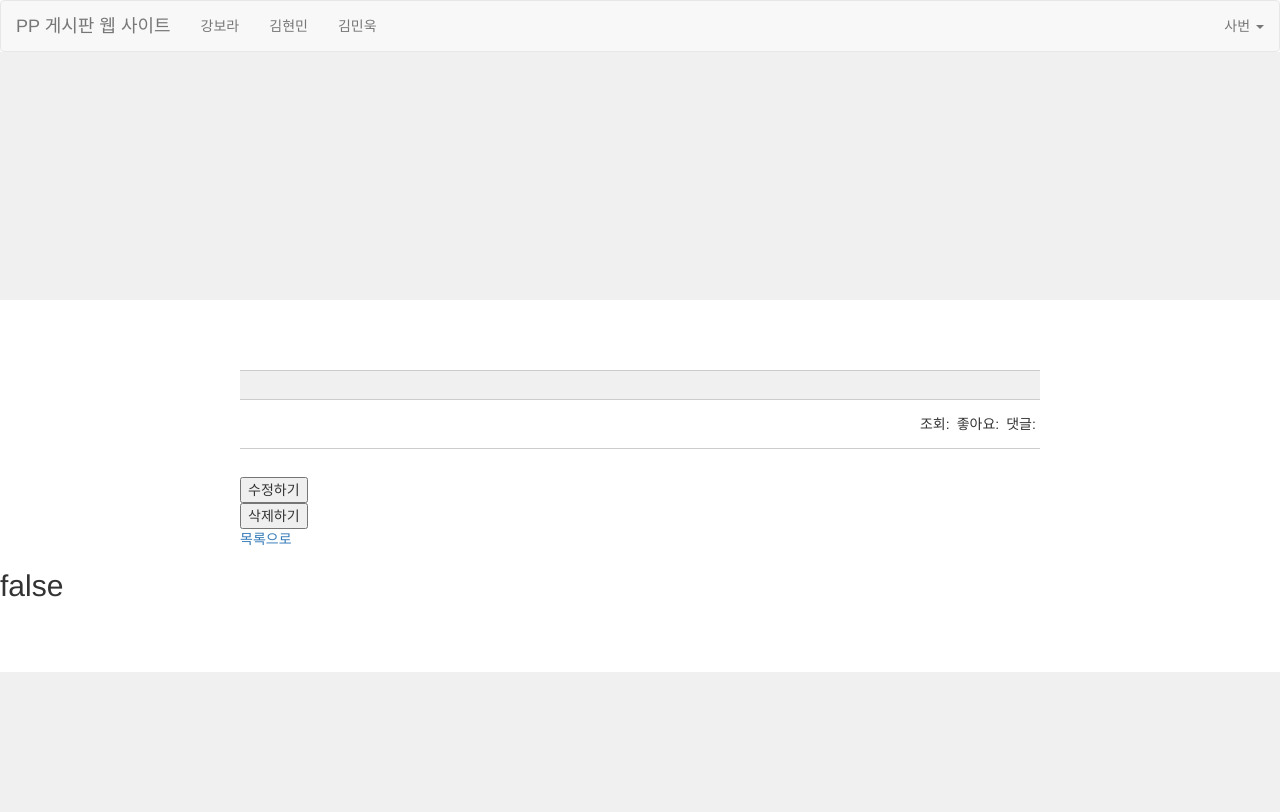
Repository: hyunminini/CommunityPage
Page: http://localhost/PP_Project/boardRead.jsp
These files come from the project's save history. The page is drawn as it stood at one moment and after the next save; the edit follows.
The browser window is 1280 px wide. The pictures show the whole page.
Some web libraries are served in a nearby version. The page is served by Tomcat 9.

Above is the page before, as saved 2022-09-28 10:51:48.

After the next save:
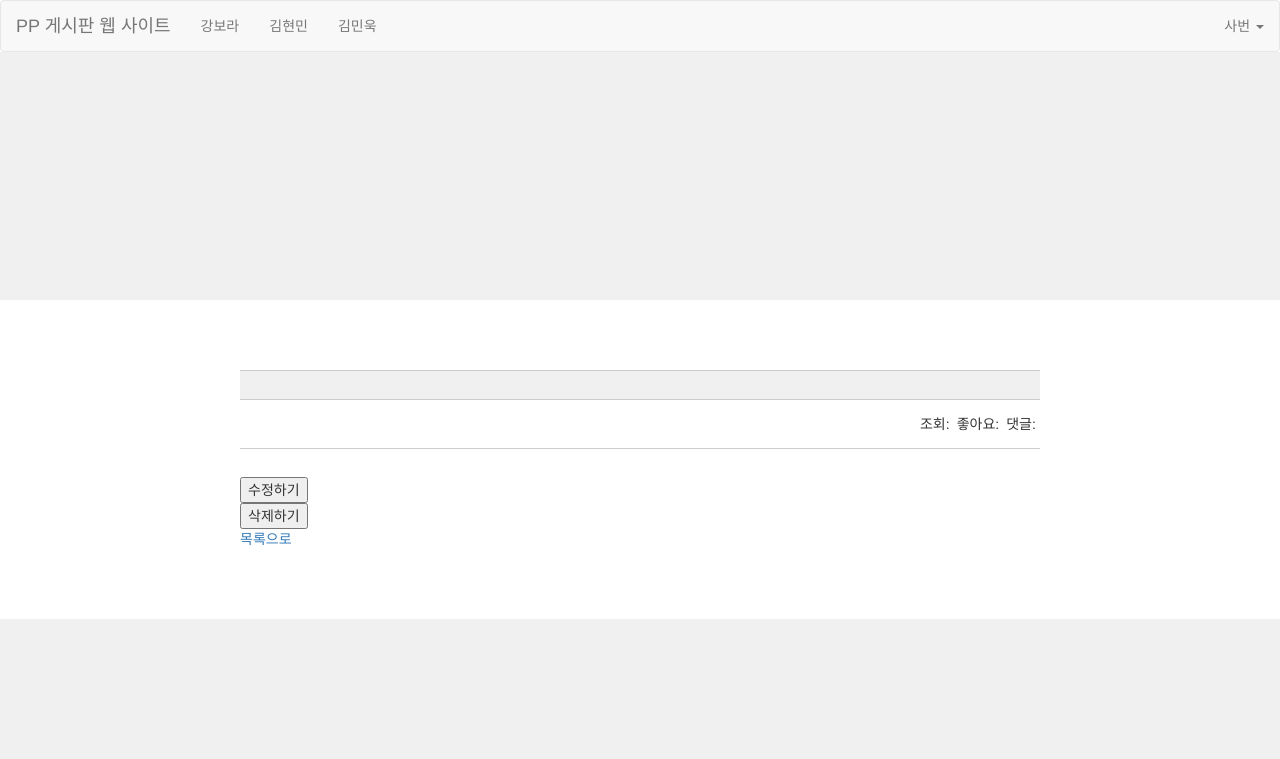
Saved 4 s later.
--- a/PP_Project/WebContent/boardRead.jsp
+++ b/PP_Project/WebContent/boardRead.jsp
@@ -150,7 +150,7 @@ function sendUpdate(){
 </div>
 
 <div>
-	<h2>${sessionScope.empno == 1001}</h2>
+	<h2>${sessionScope.empno}</h2>
 </div>
 <footer>
 	<div class="max-wrap">
